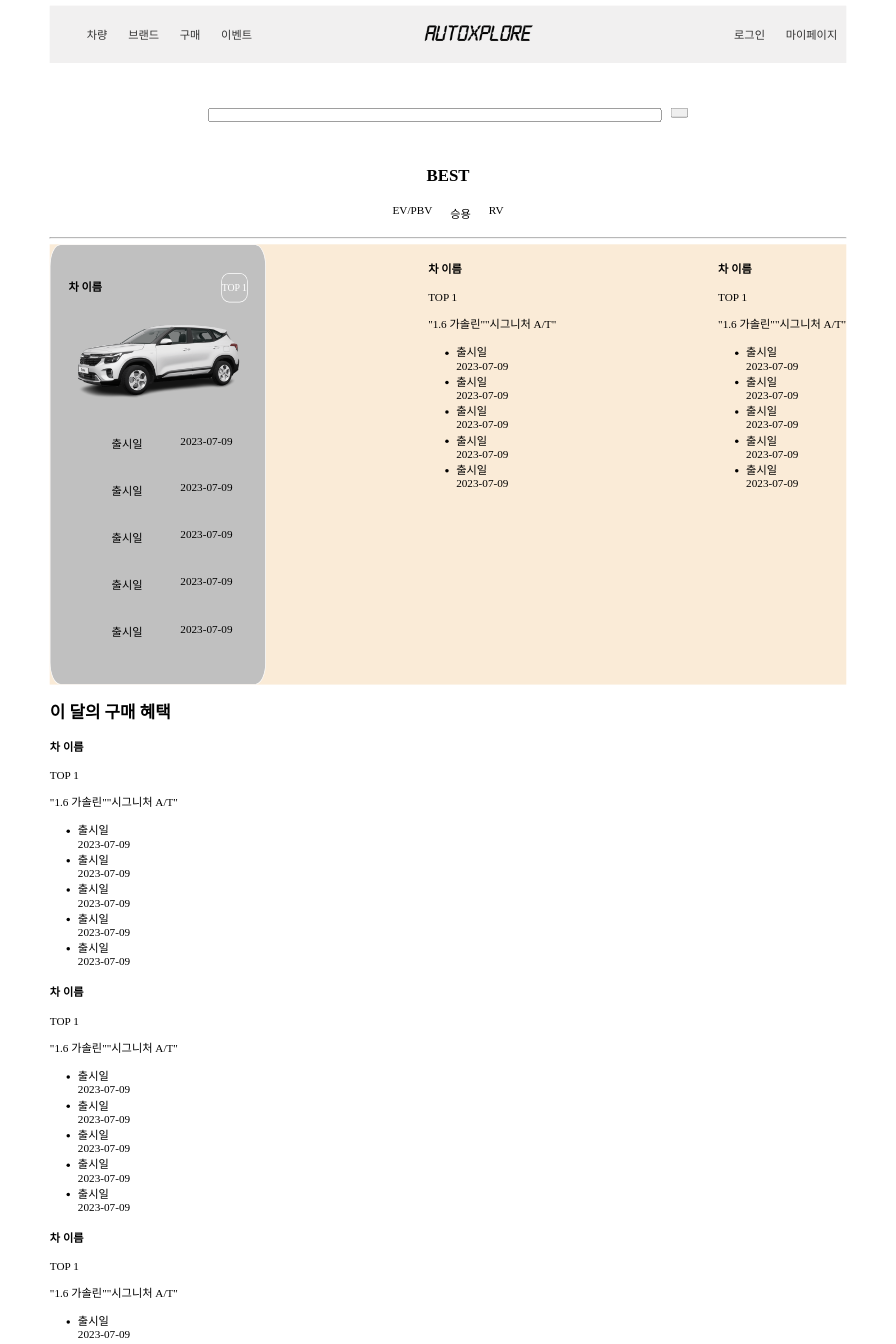
Repository: Autoxplore/Autoxplore
Page: mainPage.html
An editor plug-in stored every save of this project. The page is shown before and after the next save, followed by the edit.
The browser window is 1280 px wide. The pictures show the part of the page from y = 0 to 1920 px (the page is 2961 px tall before and 2853 px after), at 70% of full size.

Above is the page before, as saved 2023-08-03 10:19:10.

### mainPage.html
<!DOCTYPE html>
<html lang="en">
<head>
    <meta charset="UTF-8">
    <meta name="viewport" content="width=device-width, initial-scale=1.0">
    <title>AUTOXPLORE MAIN</title>
    <link rel="stylesheet" href="harin_css/mainPage.css">
</head>
<body>
    <div id="wrap">
        <header>
            <nav class="header1">
                <ul>
                    <li><a href="#">차량</a></li>
                    <li><a href="#">브랜드</a></li>
                    <li><a href="#">구매</a></li>
                    <li><a href="#">이벤트</a></li>
                </ul>
            </nav>
                <a href="#" title="메인 페이지로 이동" ><img class="logo" src="image/logo/autoxplore.png" alt="AUTOXPLORE 로고"></a>
            <nav class="header2">
                <ul>
                    <li><a href="#">로그인</a></li>
                    <li><a href="#">마이페이지</a></li>
                </ul>
            </nav>
        </header>
        <section class="search">
            <input type="text">
            <input type="button">
        </section>
        <div>
            <div class="best">
                <h2>BEST</h2>
                <div>
                    <ul>
                        <li><a href="#">EV/PBV</a></li>
                        <li><a href="#">승용</a></li>
                        <li><a href="#">RV</a></li>
                    </ul>
                </div>
                <hr>
            </div>
            <div class="bestContent">
                <section class="car1">
                    <div class="cartop">
                        <h4>차 이름</h4>
                        <p>TOP 1</p>
                    </div>
                    <div class="carContent">
                        <img class="carImg" src="/image/car/kia/seltos.png" alt="top1 car">
                        <ul>
                            <li>
                                <div>출시일</div>
                                <div>2023-07-09</div>
                            </li>
                            <li>
                                <div>출시일</div>
                                <div>2023-07-09</div>
                            </li>
                            <li>
                                <div>출시일</div>
                                <div>2023-07-09</div>
                            </li>
                            <li>
                                <div>출시일</div>
                                <div>2023-07-09</div>
                            </li>
                            <li>
                                <div>출시일</div>
                                <div>2023-07-09</div>
                            </li>
                        </ul>
                    </div>
                </section>
                <section>
                    <div>
                        <h4>차 이름</h4>
                        <p>TOP 1</p>
                        <p>"1.6 가솔린"<span>"시그니처 A/T"</span></p>
                    </div>
                    <div>
                        <ul>
                            <li>
                                <div>출시일</div>
                                <div>2023-07-09</div>
                            </li>
                            <li>
                                <div>출시일</div>
                                <div>2023-07-09</div>
                            </li>
                            <li>
                                <div>출시일</div>
                                <div>2023-07-09</div>
                            </li>
                            <li>
                                <div>출시일</div>
                                <div>2023-07-09</div>
                            </li>
                            <li>
                                <div>출시일</div>
                                <div>2023-07-09</div>
                            </li>
                        </ul>
                    </div>
                </section>
                <section>
                    <div>
                        <h4>차 이름</h4>
                        <p>TOP 1</p>
                        <p>"1.6 가솔린"<span>"시그니처 A/T"</span></p>
                    </div>
                    <div>
                        <ul>
                            <li>
                                <div>출시일</div>
                                <div>2023-07-09</div>
                            </li>
                            <li>
                                <div>출시일</div>
                                <div>2023-07-09</div>
                            </li>
                            <li>
                                <div>출시일</div>
                                <div>2023-07-09</div>
                            </li>
                            <li>
                                <div>출시일</div>
                                <div>2023-07-09</div>
                            </li>
                            <li>
                                <div>출시일</div>
                                <div>2023-07-09</div>
                            </li>
                        </ul>
                    </div>
                </section>
            </div>
        </div>
        <div>
            <h2>이 달의 구매 혜택</h2>
            <div>
                <section>
                    <div>
                        <h4>차 이름</h4>
                        <p>TOP 1</p>
                        <p>"1.6 가솔린"<span>"시그니처 A/T"</span></p>
                    </div>
                    <div>
                        <ul>
                            <li>
                                <div>출시일</div>
                                <div>2023-07-09</div>
                            </li>
                            <li>
                                <div>출시일</div>
                                <div>2023-07-09</div>
                            </li>
                            <li>
                                <div>출시일</div>
                                <div>2023-07-09</div>
                            </li>
                            <li>
                                <div>출시일</div>
                                <div>2023-07-09</div>
                            </li>
                            <li>
                                <div>출시일</div>
                                <div>2023-07-09</div>
                            </li>
                        </ul>
                    </div>
                </section>
                <section>
                    <div>
                        <h4>차 이름</h4>
                        <p>TOP 1</p>
                        <p>"1.6 가솔린"<span>"시그니처 A/T"</span></p>
                    </div>
                    <div>
                        <ul>
                            <li>
                                <div>출시일</div>
                                <div>2023-07-09</div>
                            </li>
                            <li>
                                <div>출시일</div>
                                <div>2023-07-09</div>
                            </li>
                            <li>
                                <div>출시일</div>
                                <div>2023-07-09</div>
                            </li>
                            <li>
                                <div>출시일</div>
                                <div>2023-07-09</div>
                            </li>
                            <li>
                                <div>출시일</div>
                                <div>2023-07-09</div>
                            </li>
                        </ul>
                    </div>
                </section>
                <section>
                    <div>
                        <h4>차 이름</h4>
                        <p>TOP 1</p>
                        <p>"1.6 가솔린"<span>"시그니처 A/T"</span></p>
                    </div>
                    <div>
                        <ul>
                            <li>
                                <div>출시일</div>
                                <div>2023-07-09</div>
                            </li>
                            <li>
                                <div>출시일</div>
                                <div>2023-07-09</div>
                            </li>
                            <li>
                                <div>출시일</div>
                                <div>2023-07-09</div>
                            </li>
                            <li>
                                <div>출시일</div>
                                <div>2023-07-09</div>
                            </li>
                            <li>
                                <div>출시일</div>
                                <div>2023-07-09</div>
                            </li>
                        </ul>
                    </div>
                </section>
            </div>
        </div>
        <div>
            <div>
                <ul>
                    <li><a href="#">카니발</a></li>
                    <li><a href="#">쏘렌토</a></li>
                    <li><a href="#">K8</a></li>
                </ul>
            </div>
            <div>
                <section>
                    <div>
                        <h4>차 이름</h4>
                        <p>TOP 1</p>
                        <p>"1.6 가솔린"<span>"시그니처 A/T"</span></p>
                    </div>
                    <div>
                        <ul>
                            <li>
                                <div>출시일</div>
                                <div>2023-07-09</div>
                            </li>
                            <li>
                                <div>출시일</div>
                                <div>2023-07-09</div>
                            </li>
                            <li>
                                <div>출시일</div>
                                <div>2023-07-09</div>
                                <div>2023-07-09</div>
                            </li>
                            <li>
                                <div>total</div>
                            </li>
                        </ul>
                    </div>
                    <div>
                        <img src="#" alt="자동차">
                    </div>
                </section>
            </div>
        </div>
        <div>
            <h2>NEWS</h2>
            <article>
                <section>
                    <div>
                        <h4>우리 소식</h4>
                        <h3>소식 제목</h3>
                        <p>내용내용</p>
                    </div>
                    <div>
                        <input type="button">
                    </div>
                </section>
                <section></section>
            </article>
        </div>
        <div>
            <section>
                <ul>
                    <li>
                        <div><a href="#">뉴스
                            <br>
                            내용내용
                        </a></div>
                    </li>
                    <li>
                        <div><a href="#">뉴스
                            <br>
                            내용내용
                        </a></div>
                    </li>
                    <li>
                        <div><a href="#">뉴스
                            <br>
                            내용내용
                        </a></div>
                    </li>
                </ul>
            </section>
        </div>
        <a href="#">상담</a>
        <footer>footer 입니다</footer>
    </div>
</body>
</html>

### harin_css/mainPage.css
@media screen and (min-width:1024px),
screen and (min-height:1024px) and (orientation:landscape){

    #wrap{
        width: 90%;
        margin: 0 auto;
    }

    /* 헤더 */
    header{
        display: flex;
        flex-direction: row;
        justify-content: space-between;
        align-items: center;
        background: rgba(220, 216, 216, 0.39);
        margin: 0 auto;
    }

    nav{
        display: flex;
        flex-direction: row;
        justify-content: space-between;
        flex-wrap: wrap;
    }

    .header1{
        margin-right: auto;
    }

    .header2{
        margin-left: auto;
    }

    .logo{
        width: 10rem;
        /* float: center; */
        margin: 0 auto;
    }

    nav ul li{
        display: inline-block;
        list-style: none;
        margin: 1vw;
    }

    nav li a{
        text-decoration: none;
        color: #333;
    }

    /* 검색창 */
    .search{
        display: flex;
        justify-content: center;
        margin: 5vw;
    }

    .search input[type="text"]{
        width: 50vw;
        height: 2vh;
    }

    .search input[type="button"]{
        width: 2vw;
        height: 2vh;
        margin-left: 1vw;
    }

    /* best 섹션 */
    /* best 헤더 */
    .best h2{
        text-align: center;
    }

    .best ul{
        display: flex;
        justify-content: center;
        padding: 1vh;
    }

    .best ul li{
        display: inline-block;
        justify-content: center;
    }

    .best ul li a{
        text-decoration: none;
        color: rgb(0, 0, 0);
        padding: 1vw;
    }

    /* best 내용 */
    .bestContent{
        display: flex;
        flex-direction: row;
        justify-content: space-between;
        background-color: antiquewhite;
    }

    .car1{
        width: 20vw;
        background-color: silver;
        border: 1px solid rgb(255, 255, 255);
        border-radius: 5%;
        padding: 2vw;
    }

    .cartop{
        display: flex;
        flex-direction: row;
        justify-content: space-between;
    }

    .cartop p{
        color: white;
        border : 1px solid white;
        border-radius: 30%;
        line-height: 40px;
        font-size:14px;
        position: relative;
    }

    .carImg{
        display: block;
        width: 20vw;
        height: auto;
    }

    .carContent ul li {
        display: flex;
        flex-direction: row;
        justify-content: space-between;
        padding: 3vh;
    }

}

After the next save:
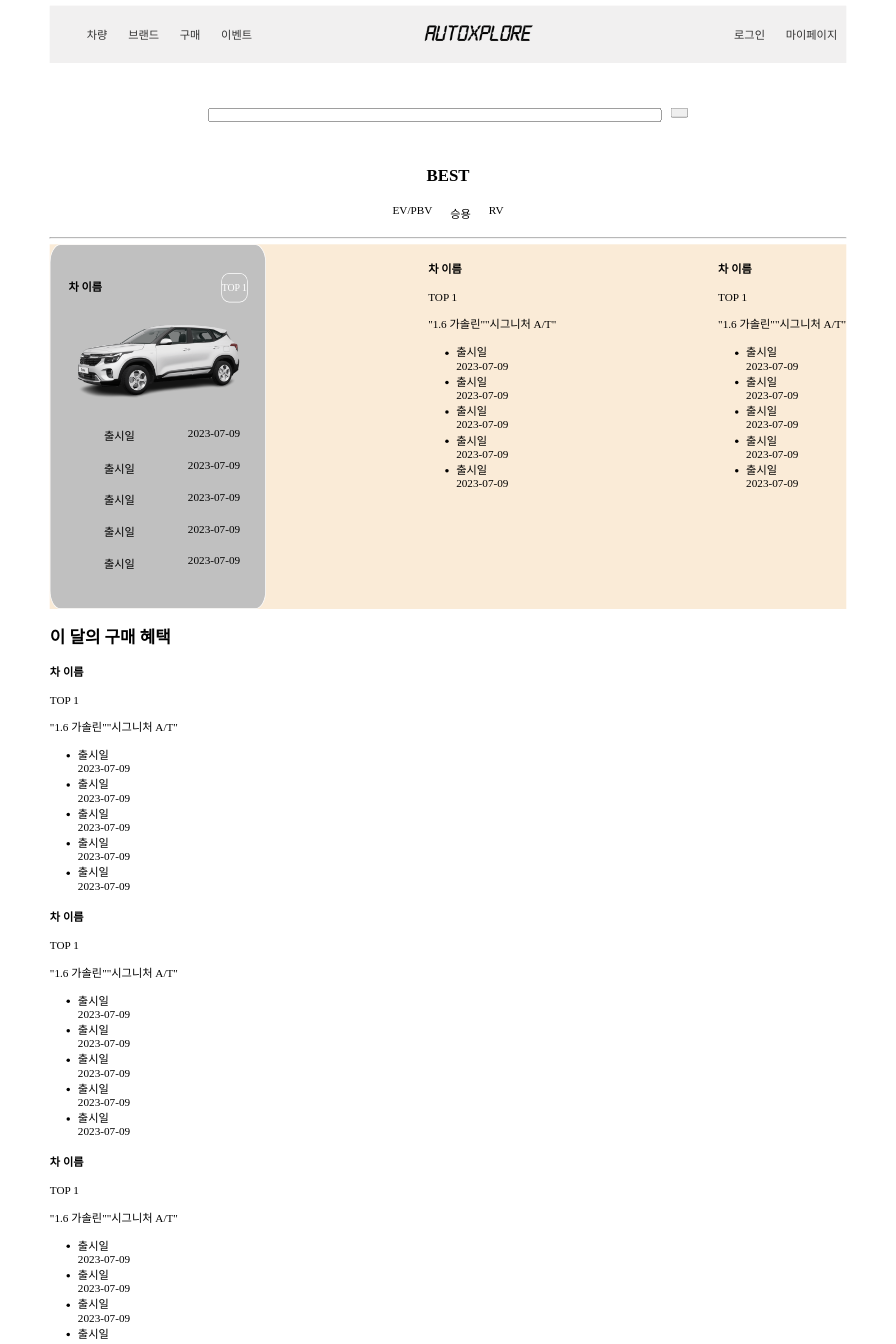
Saved 6 s later.
--- a/harin_css/mainPage.css
+++ b/harin_css/mainPage.css
@@ -130,7 +130,7 @@
         display: flex;
         flex-direction: row;
         justify-content: space-between;
-        padding: 3vh;
+        padding: 5%;
     }
 
 }
